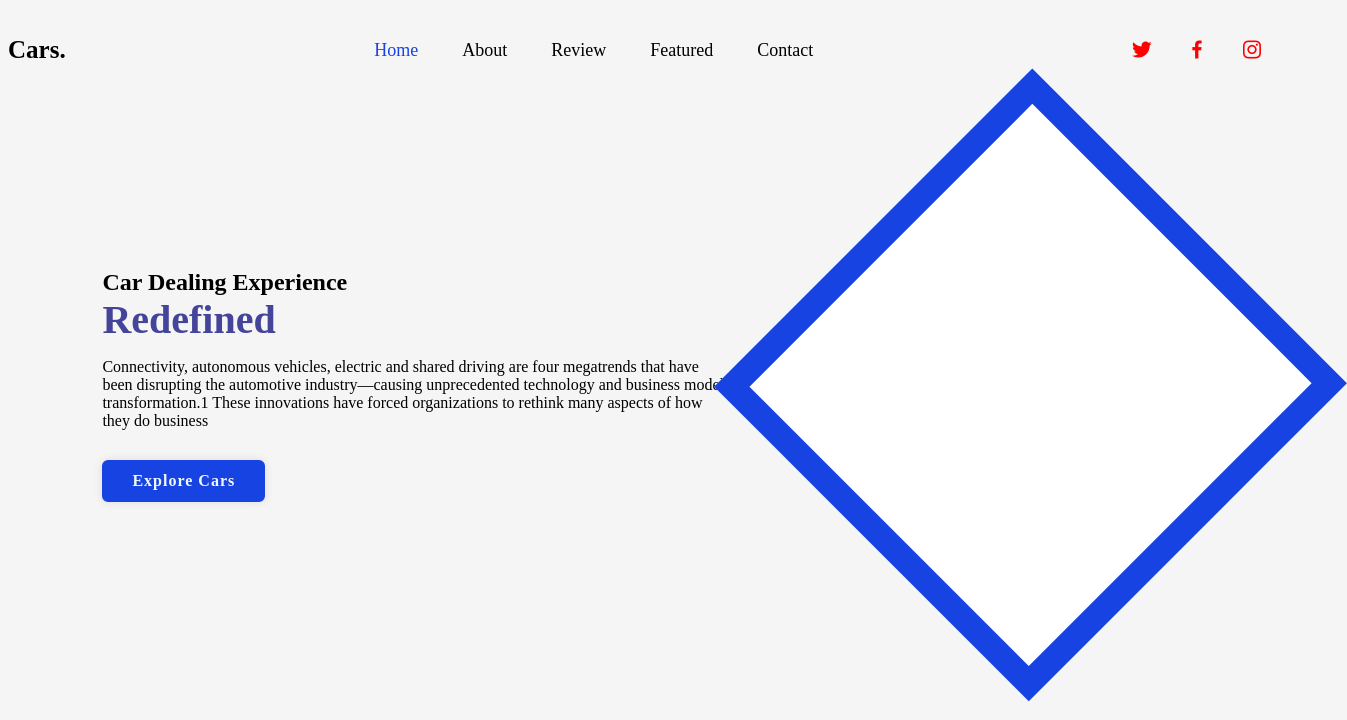
Repository: supriya123yadav/website-project
Page: index.html
These files come from the project's save history. The page is drawn as it stood at one moment and after the next save; the edit follows.
The browser window is 1280 px wide. The page is 1347 px wide, so the pictures cover 1347 px, including what lies to the right of the window. The pictures show the whole page.

Above is the page before, as saved 2024-07-11 19:08:38.

### index.html
<!DOCTYPE html>
<html lang="en">
<head>
    <meta charset="UTF-8">
    <meta http-equiv="X-UA">
    <meta name="viewport" content="width=device-width, initial-scale=1.0">
    <title>Job Website Template</title>
    <link rel="stylesheet" href="style.css">
    <link href='https://unpkg.com/boxicons@2.1.4/css/boxicons.min.css' rel='stylesheet'>

</head>
<body>
    <header class="header">
        <a href="#" class="logo">Cars.</a>

        <nav class="navbar">
            <a href="#" class="active">Home</a>
            <a href="#">About</a>
            <a href="#">Review</a>
            <a href="#">Featured</a>
            <a href="#">Contact</a>
        </nav>

        <div class="social-media">
            <a href="#"><i class='bx bxl-twitter'></i></a>
            <a href="#"><i class='bx bxl-facebook' ></i></a>
            <a href="#"><i class='bx bxl-instagram' ></i></a>
        </div>
    </header>
    <section class="home">
        <div class="home-content">
            <h1>Car Dealing Experience</h1>
            <h3>Redefined</h3>
            <p>Connectivity, autonomous vehicles, electric and shared
             driving are four megatrends that have been disrupting the
             automotive industry—causing unprecedented technology
             and business model transformation.1 These innovations
             have forced organizations to rethink many aspects of how
             they do business</p>
             <a href="#" class="btn">Explore Cars</a>
        </div>
        <div class="home-img">
            <div class="rhombus"></div>
        </div>
    </section>

</body>
</html>

### style.css
*{
    margin: 0;
    padding: 0;
    box-sizing: border-box;
    font-family: 'Poppins', bold;
}
body{
    background: whitesmoke;
}
.header{
    position: fixed;
    top: 0;
    left: 0;
    width: 100%;
    padding: 30px 8px;
    background: transparent;
    display: flex;
    justify-content: space-between;
    align-items: center;
    z-index: 100;
}
.logo{
    font-size: 25px;
    color: black;
    text-decoration: none;
    font-weight: 600;
}
.navbar a {
    font-size: 18px;
    color: black;
    text-decoration: none;
    font-weight: 500;
    margin: 0 20px;
    transition: rgb(61, 61, 152);
}

.navbar a:hover,
.navbar a.active{
    color: #1743e3;
}
.social-media{
    display: flex;
    justify-content: space-between;
    width: 150px;
    height: 40px;

}
.social-media a {
    display: inline-flex;
    justify-content: center;
    align-items: center;
    width: 40px;
    height: 40px;
    background: transparent;
    border: 2px solid transparent;
    text-decoration: none;
    transform: rotate(45deg);
    transition: .5s;
}
.social-media a i {
    font-size: 24px;
    color: red;
    transform: rotate(-45deg);
}
.social-media a:hover {
    border-color: red;
}
.home {
    position: relative;
    width: 100%;
    height: 100vh;
    display: flex;
    justify-content: space-between;
    align-items: center;
    padding: 50px 8% 0;
    /* overflow: hidden; */
}
.home-content {
    max-width: 630px;
}
.home-content h3 {
    font-size: 40px;
    color: rgb(68, 68, 154);
}
.home-content p {
    font-size: 16px;
    margin: 15px 0 30px;
}
.btn {
    display: inline-block;
    padding: 10px 28px;
    background: #1743e3;
    border-radius: 6px;
    border: 2px solid #1743e3;
    box-shadow: 0 0 10px rgba(0, 0, 0, .1);
    font-size: 16px;
    color: aliceblue;
    letter-spacing: 1px;
    text-decoration: none;
    font-weight: 600;
}
.btn:hover {
    background: transparent;
    color: #1743e3;
}
.home-img {
    position: relative;
    right: -7%;
    width: 450px;
    height: 450px;
    transform: rotate(45deg);
}
.home-img .rhombus {
    position: absolute;
    width: 100%;
    height: 100%;
    background: white;
    border: 25px solid #1743e3;
}

After the next save:
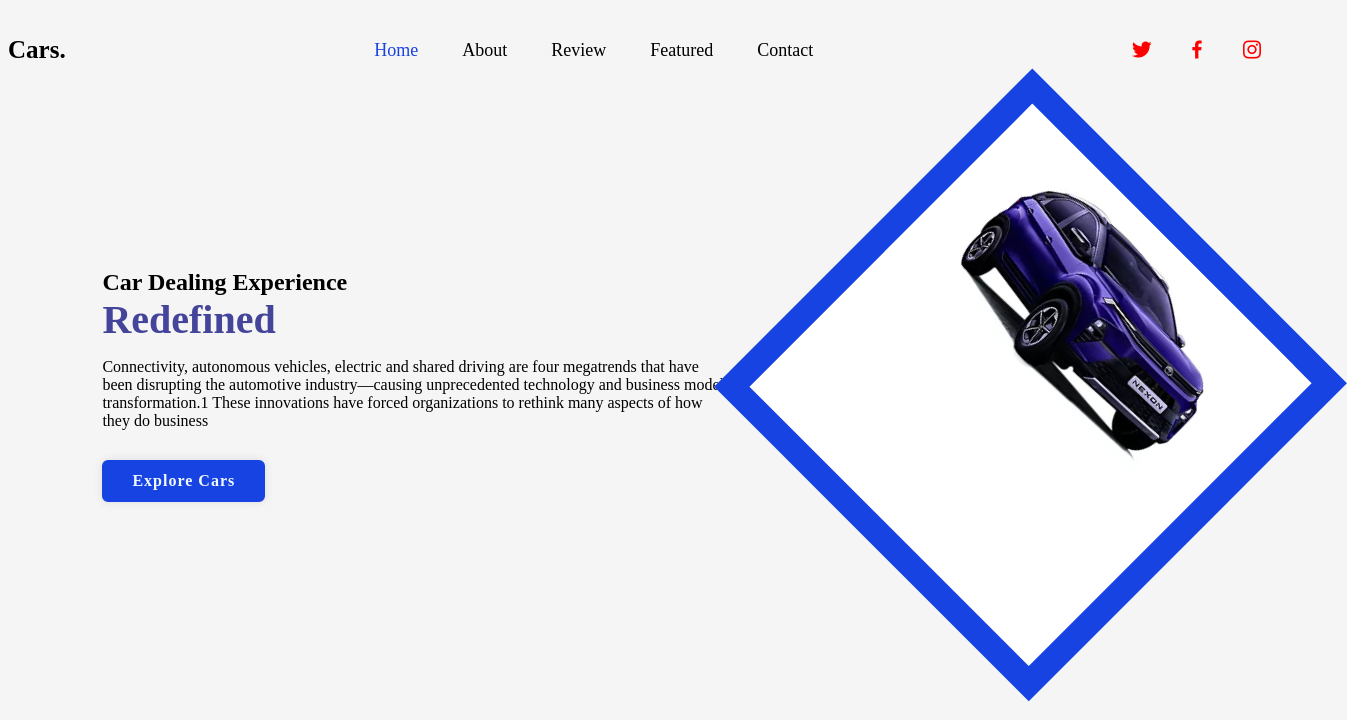
Saved 82 s later.
--- a/index.html
+++ b/index.html
@@ -40,7 +40,9 @@
              <a href="#" class="btn">Explore Cars</a>
         </div>
         <div class="home-img">
-            <div class="rhombus"></div>
+            <div class="rhombus">
+                <img src="website car.webp" alt="">
+            </div>
         </div>
     </section>
 
